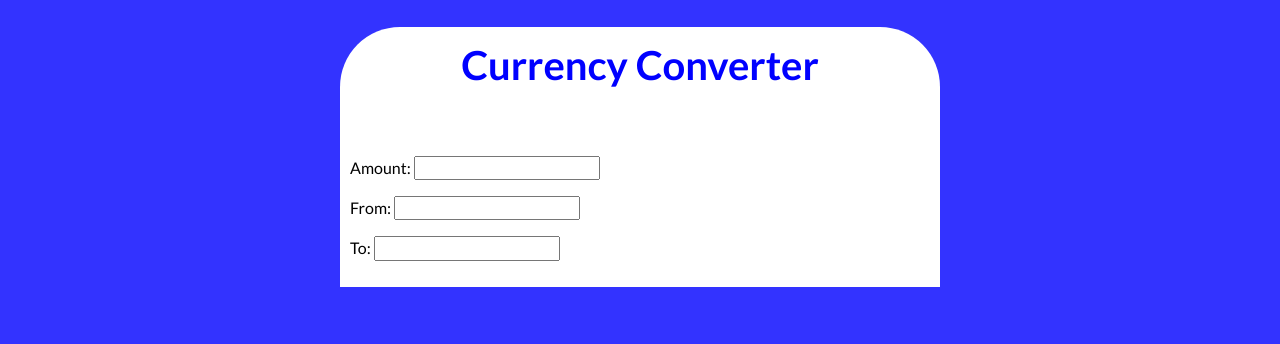
Repository: kkasperczyk/currency-converter
Page: index.html
The author's editor kept a copy of each file at every save. The page is drawn from the files as they stood at one save, then again after a run of saves.
The browser window is 1280 px wide. The pictures show the whole page.

Above is the page before, as saved 2020-06-15 22:24:27.

### index.html
<!DOCTYPE html>
<html lang="en">

<head>
    <meta charset="UTF-8">
    <meta name="viewport" content="width=device-width, initial-scale=1.0">
    <link rel="stylesheet" href="https://cdnjs.cloudflare.com/ajax/libs/normalize/8.0.1/normalize.min.css"
        integrity="sha256-l85OmPOjvil/SOvVt3HnSSjzF1TUMyT9eV0c2BzEGzU=" crossorigin="anonymous" />
    <link rel="stylesheet" href="css/global.css">
    <link rel="stylesheet" href="css/container.css">
    <link rel="stylesheet" href="css/header.css">
    <link rel="stylesheet" href="css/main.css">
    <script defer src="js/script.js"></script>
    <link href="https://fonts.googleapis.com/css2?family=Lato:ital,wght@0,400;0,700;1,400&display=swap" rel="stylesheet">
    <title>Currency Converter</title>
</head>

<body>
    <div class="container">
        <header class="header">
            <h1 class="header__title">Currency Converter</h1>
        </header>
        <main class="main">
            <form class="form">
                <p>
                    <label>
                        Amount:
                        <input type="number" name="amount">
                    </label>
                </p>
                <p>
                    <label>
                        From:
                        <input type="number" name="from-currency">
                    </label>
                </p>
                <p>
                    <label>
                        To:
                        <input type="number" name="to-currency">
                    </label>
                </p>
            </form>
        </main>
    </div>
</body>

</html>

### css/global.css
html {
  box-sizing: border-box;
}

*,
::after,
::before {
  box-sizing: inherit;
}

body {
  font-family: "Lato", sans-serif;
  background-color: hsl(240, 100%, 60%);
}

### css/container.css
.container {
    max-width: 600px;
    margin: 0 auto;
    background-color: white;
    border-radius: 60px;
}

### css/header.css
.header {
    text-align: center;
    border-bottom: hsl(240, 100%, 50%);
}

.header__title {
    color: hsl(240, 100%, 50%);
    padding: 15px;
    font-size: 40px;
}

### css/main.css
.main {
    background-color: white;
    padding: 10px;
}

### js/script.js
console.log("Hi all developers! Nice to see you here.");

After the next 2 saves:
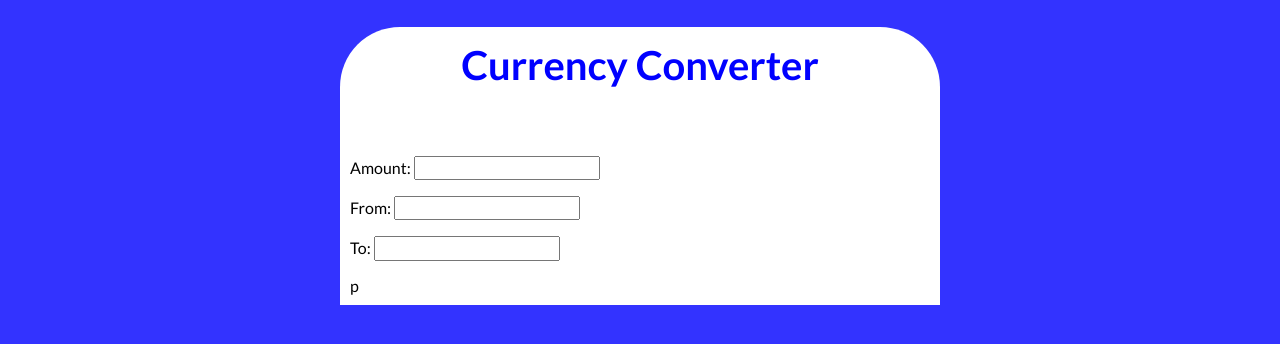
The 2 saves are shown as one change because they came seconds apart.
The last was saved 50 s later.
--- a/index.html
+++ b/index.html
@@ -40,6 +40,7 @@
                         <input type="number" name="to-currency">
                     </label>
                 </p>
+                p
             </form>
         </main>
     </div>
